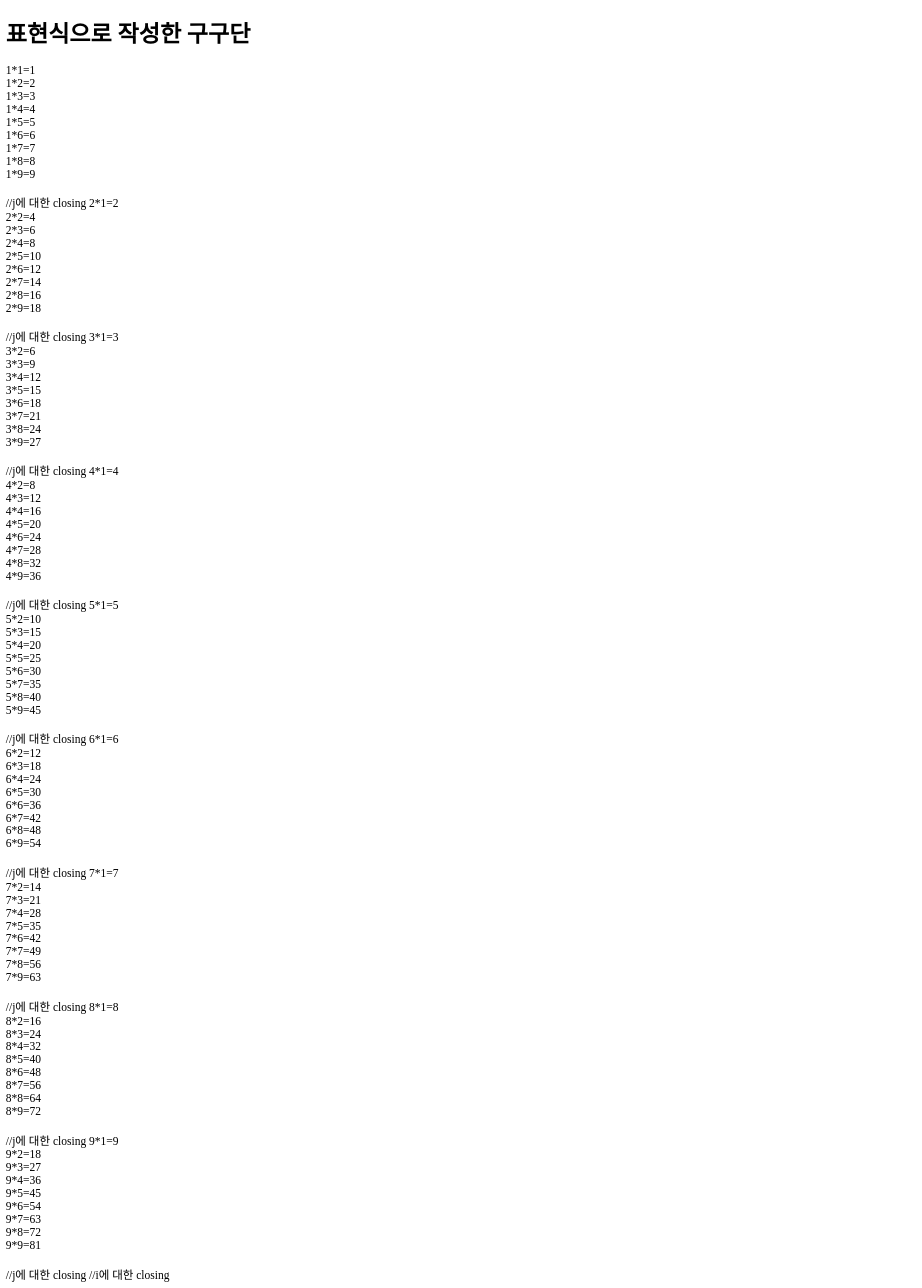
Repository: 2er0127/oracleSQL
Page: http://localhost/jsp/GuGudan01.jsp
An editor plug-in stored every save of this project. The page is shown before and after the next save, followed by the edit.
The browser window is 1280 px wide. The pictures show the whole page, at 72% of full size.
The page is served by Tomcat 9.

Above is the page before, as saved 2020-11-28 16:54:43.

### jsp/Webapp/GuGudan01.jsp
<%@ page language="java" contentType="text/html; charset=UTF-8"
    pageEncoding="UTF-8"%>
<!DOCTYPE html>
<html>
<head>
<meta charset="UTF-8">
<title>Insert title here</title>
</head>
<body>
<h1>표현식으로 작성한 구구단 </h1>
<% for(int i=1; i<10; i++){
	for(int j=1; j<10; j++){ %>
	<%=i %>*<%=j %>=<%=i*j %><br>
	<% } %><br> //j에 대한 closing
	<% } %> //i에 대한 closing

</body>
</html>

After the next save:
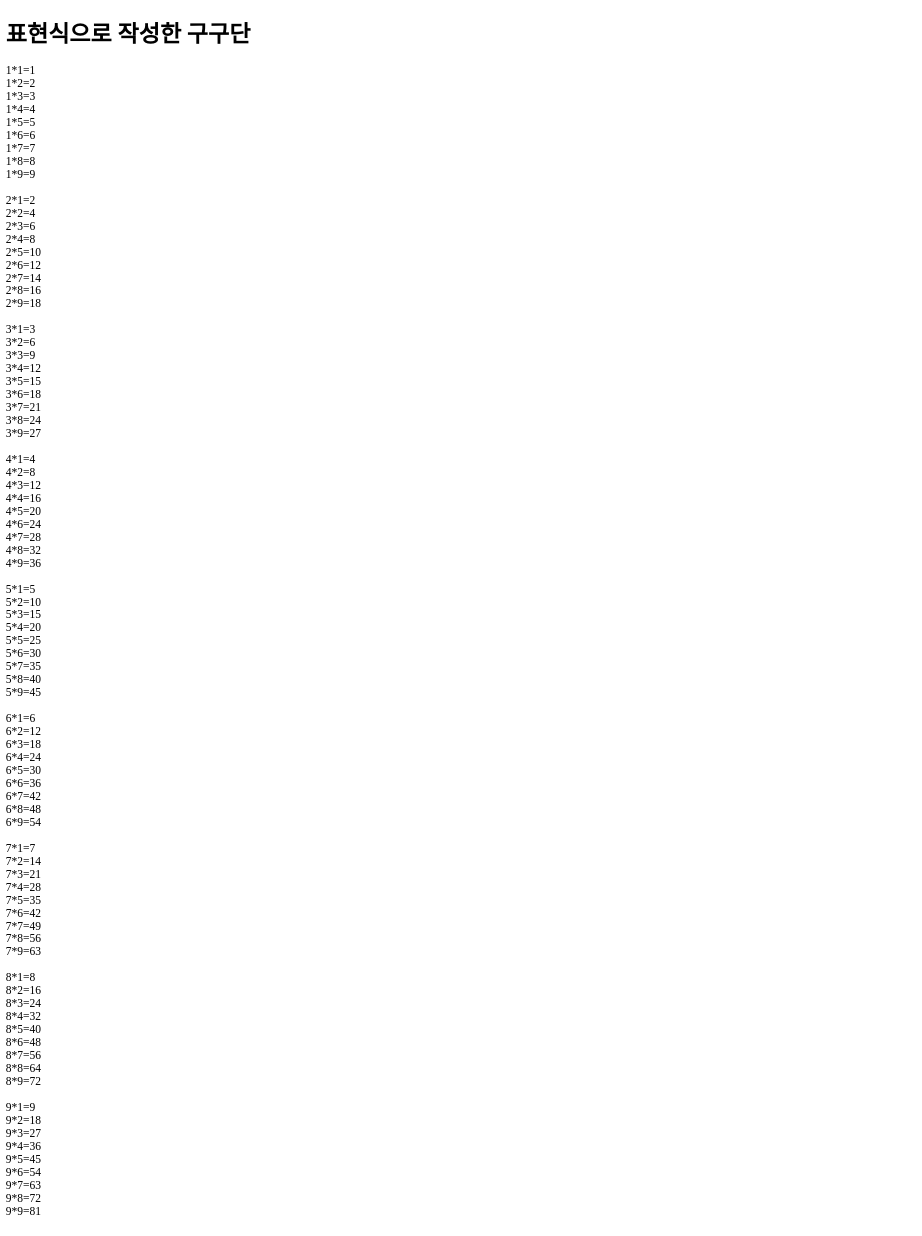
Saved 18 s later.
--- a/jsp/Webapp/GuGudan01.jsp
+++ b/jsp/Webapp/GuGudan01.jsp
@@ -11,8 +11,8 @@
 <% for(int i=1; i<10; i++){
 	for(int j=1; j<10; j++){ %>
 	<%=i %>*<%=j %>=<%=i*j %><br>
-	<% } %><br> //j에 대한 closing
-	<% } %> //i에 대한 closing
+	<% } %><br>
+	<% } %>
 
 </body>
 </html>
